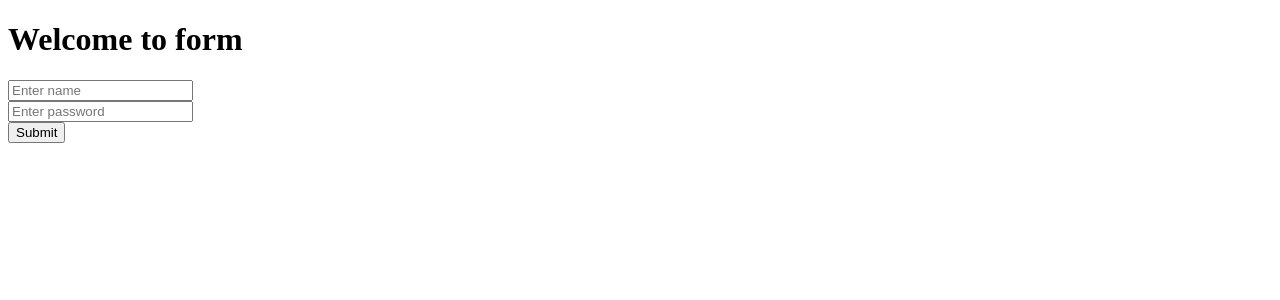
Repository: Senyadt2/Projects-On-Java
Page: HttpSession/src/main/webapp/index.html
The author's editor kept a copy of each file at every save. The page is drawn from the files as they stood at one save, then again after the next save.
The browser window is 1280 px wide. The pictures show the whole page.

Above is the page before, as saved 2024-03-24 09:51:27.

### HttpSession/src/main/webapp/index.html
<!DOCTYPE html>
<html>
<head>
<meta charset="ISO-8859-1">
<title>Insert title here</title>
</head>
<body>
	<h1>Welcome to form</h1>
	<form action="MyServlet" method="get">
		<input type="text" name="name" placeholder="Enter name"><br>
		<input type="password" name="password" placeholder="Enter password"><br>
		<button type="submit" value="login">Submit</button>
	</form>

</body>
</html>

After the next save:
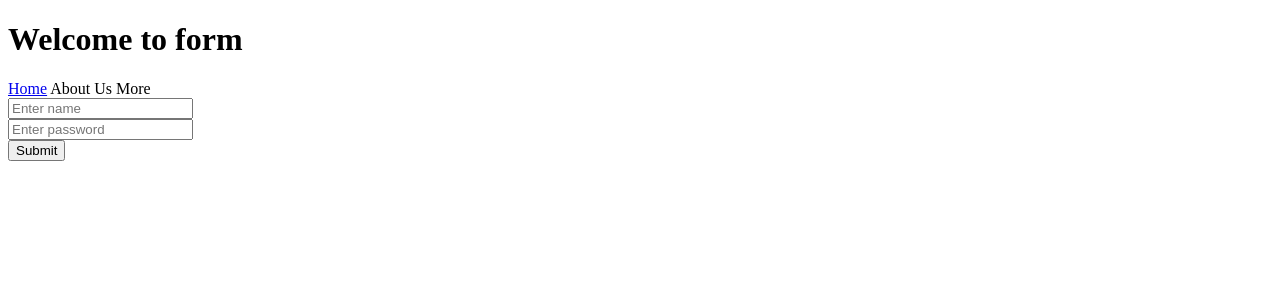
Saved 43 s later.
--- a/HttpSession/src/main/webapp/index.html
+++ b/HttpSession/src/main/webapp/index.html
@@ -6,6 +6,9 @@
 </head>
 <body>
 	<h1>Welcome to form</h1>
+	<a href="home.jsp">Home</a>
+	<a>About Us</a>
+	<a>More</a>
 	<form action="MyServlet" method="get">
 		<input type="text" name="name" placeholder="Enter name"><br>
 		<input type="password" name="password" placeholder="Enter password"><br>
